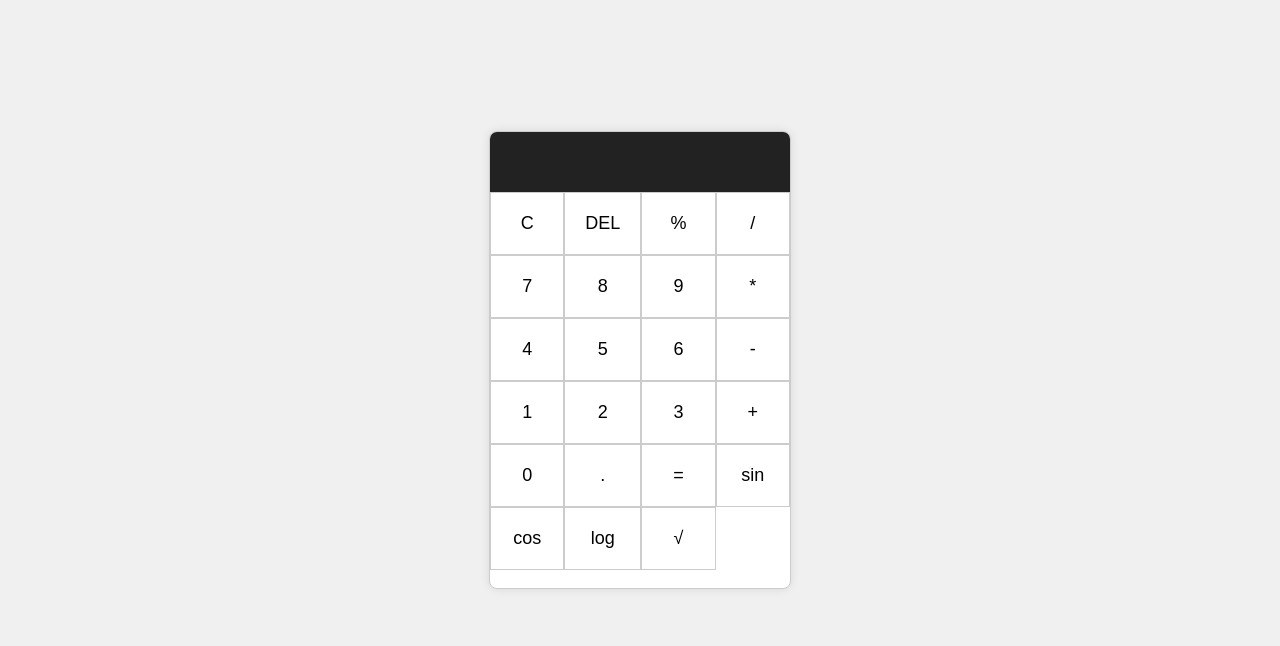
Repository: JuliusMonday/myCalculator
Page: index.html
The author's editor kept a copy of each file at every save. The page is drawn from the files as they stood at one save, then again after the next save.
The browser window is 1280 px wide. The pictures show the whole page.

Above is the page before, as saved 2024-05-31 08:43:06.

After the next save:
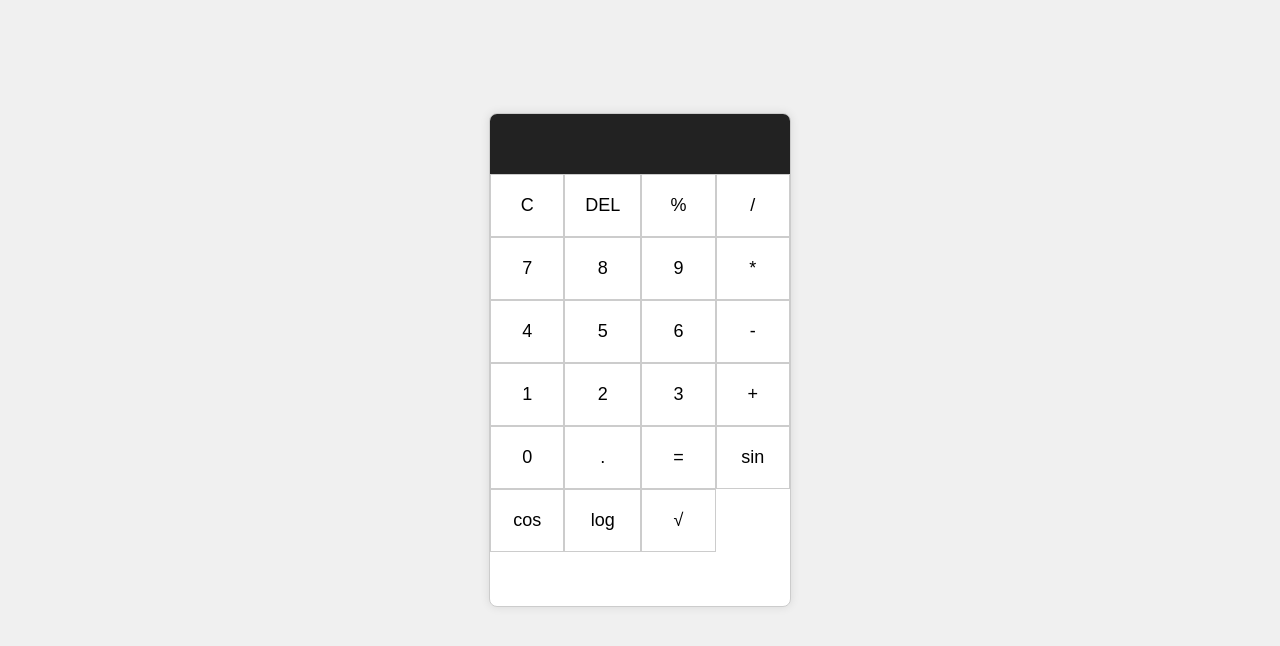
Saved 7 s later.
--- a/index.html
+++ b/index.html
@@ -41,7 +41,7 @@
             <button onclick="appendChar('Math.log(')">log</button>
             <button onclick="appendChar('Math.sqrt(')">√</button>
         </div>
-        <marquee></marquee>
+        <marquee><p>Created by Julius</p></marquee>
     </div>
     <script src="index.js"></script>
 </body>
